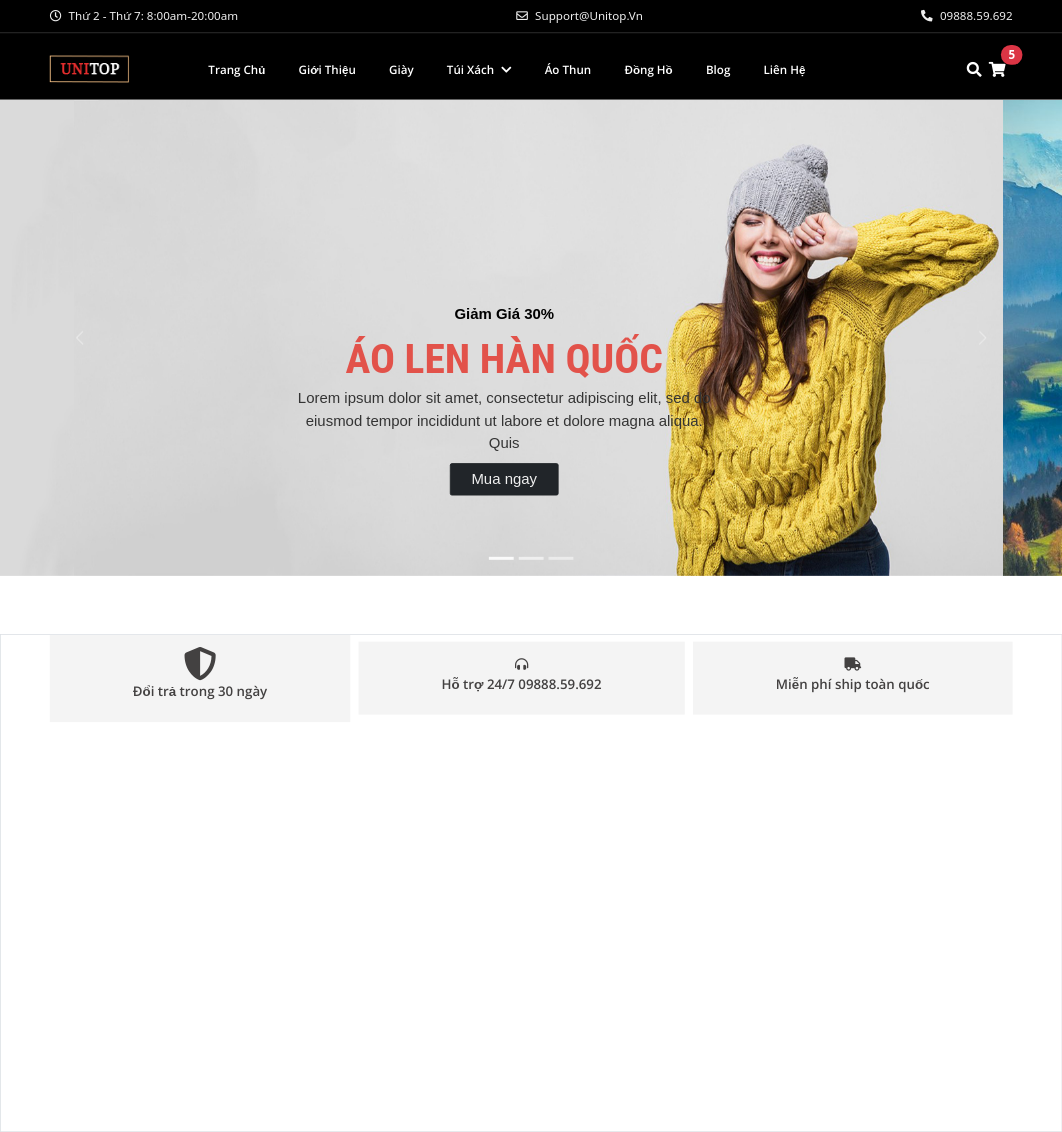
Repository: vinhtk0209/clothes-shop
Page: index.html
The author's editor kept a copy of each file at every save. The page is drawn from the files as they stood at one save, then again after the next save.
The browser window is 1280 px wide. The pictures show the whole page, at 83% of full size.

Above is the page before, as saved 2021-10-04 17:30:25.

### index.html
<!DOCTYPE html>
<html lang="en">
  <head>
    <meta charset="UTF-8" />
    <meta http-equiv="X-UA-Compatible" content="IE=edge" />
    <meta name="viewport" content="width=device-width, initial-scale=1.0" />
    <title>UNI-SHOP</title>
    <link rel="stylesheet" href="assets/css/reset.css" />
    <link rel="stylesheet" href="assets/fontawesome/css/all.css" />
    <link rel="stylesheet" href=" assets/boostrap/css/bootstrap.min.css" />
    <link rel="preconnect" href="https://fonts.googleapis.com" />
    <link rel="preconnect" href="https://fonts.gstatic.com" crossorigin />
    <link
      href="https://fonts.googleapis.com/css2?family=Open+Sans:wght@400;600;700&display=swap"
      rel="stylesheet"
    />
    <script src="assets/js/jquery.min.js"></script>
    <link rel="stylesheet" href="assets/css/main.css" />
  </head>
  <body>
    <div id="wrapper">
      <div id="header">

          <div class="header-info">
            <div class="container-1160">
            <ul
              class="
                list-info list-unstyled
                d-flex
                justify-content-between
                align-items-center
              "
            >
              <li>
                <p class="header-descr time-contact">
                  <span class="icon-time">
                    <!-- icon time -->
                    <i class="far fa-clock"></i>
                  </span>
                  <span class="descr-time ps-2 descr"
                    >thứ 2 - thứ 7: 8:00am-20:00am</span
                  >
                </p>
              </li>
              <li>
                <p class="header-descr email-contact">
                  <span class="icon-email">
                    <!-- icon email -->
                    <i class="far fa-envelope"></i>
                  </span>
                  <span class="descr-email ps-2 descr"> support@unitop.vn </span>
                </p>
              </li>
              <li>
                <p class="header-descr phone-number">
                  <span class="icon-phone">
                    <!-- icon phone -->
                    <i class="fas fa-phone-alt"></i>
                  </span>
                  <span class="descr-phone ps-2 descr"> 09888.59.692 </span>
                </p>
              </li>
            </ul>
          </div>
          </div>
          <!-- END HEADER-INFO -->
          <div
            class="header-menu d-flex align-items-center container-1160"

          >

            <div class="header-menu-logo mr-95">
              <a href="" class="logo-link">
                <img src="assets/images/logo.png" alt="logo" />
              </a>
            </div>
            <div class="header-menu-list ">
              <ul
                class="
                  list-menu
                  d-flex

                  align-items-center list-unstyled
                "
              >
                <li>
                  <a href="" class="list-name text-decoration-none">Trang chủ</a>
                </li>
                <li>
                  <a href="" class="list-name text-decoration-none">Giới thiệu</a>
                </li>
                <li>
                  <a href="" class="list-name text-decoration-none">Giày</a>
                </li>
                <li class="position-relative list-product">
                  <a href="" class="list-name text-decoration-none "
                    >Túi xách
                    <span class="icon-arrow-down ps-2">
                      <!-- icon arrow down -->
                      <i class="fas fa-chevron-down"></i>
                    </span></a
                  >

                  <ul class="sub-menu list-unstyled position-absolute  bg-submenu ">

                    <li>
                      <a href="" class="text-decoration-none color-submenu ">
                        túi xách tay nữ
                      </a>
                    </li>
                    <li>
                      <a href="" class="text-decoration-none  color-submenu">
                        túi đeo chéo nữ
                      </a>
                    </li>
                    <li>
                      <a href="" class="text-decoration-none color-submenu">
                        túi bản to
                      </a>
                    </li>
                    <li>
                      <a href="" class="text-decoration-none color-submenu">
                        túi đeo vai
                      </a>
                    </li>
                  </ul>
                </li>
                <li>
                  <a href="" class="list-name text-decoration-none">áo thun</a>
                </li>
                <li>
                  <a href="" class="list-name text-decoration-none">đồng hồ</a>
                </li>
                <li>
                  <a href="" class="list-name text-decoration-none">blog</a>
                </li>
                <li>
                  <a href="" class="list-name text-decoration-none">liên hệ</a>
                </li>
              </ul>
            </div>
            <!-- END MENU-LIST -->
            <div
              class="
                header-menu-function
                d-flex
                justify-content-between
                align-items-center
                ms-auto
              "
            >
              <div class="icon-search text-white ">
                <span class="search fs-18">
                  <!-- icon search -->
                  <span><i class="fas fa-search"></i></span>
                </span>
              </div>
              <div class="icon-cart">
                <a
                  href=""
                  class="btn text-white position-relative"
                >
                  <span class="fs-18">
                    <!-- icon cart  -->
                    <i class="fas fa-shopping-cart"></i>
                  </span>
                  <span
                    class="
                      position-absolute
                      top-0
                      start-100
                      translate-middle
                      badge
                      rounded-pill
                      bg-danger
                      fs-14
                    "
                  >
                    5
                  </span>
                </a>
              </div>
            </div>
          </div>
          <!-- END HEADER MENU -->
        </div>
      </div>
      <div id="slide" class="slide">
        <div id="carouselExampleIndicators" class="carousel slide" data-bs-ride="carousel">
          <div class="carousel-indicators">
            <button type="button" data-bs-target="#carouselExampleIndicators" data-bs-slide-to="0" class="active bg-btn-slide" aria-current="true" aria-label="Slide 1"></button>
            <button type="button" data-bs-target="#carouselExampleIndicators" data-bs-slide-to="1" aria-label="Slide 2 "
            class="bg-btn-slide"></button>
            <button type="button" data-bs-target="#carouselExampleIndicators" data-bs-slide-to="2" aria-label="Slide 3"
            class="bg-btn-slide"></button>
          </div>
          <div class="carousel-inner">
            <div class="carousel-item active">
              <img src="assets/images/slide-1.png" class="d-block w-100" alt="...">
            </div>
            <div class="carousel-item">
              <img src="assets/images/slide-2.jpg" class="d-block w-100" alt="...">
            </div>
            <div class="carousel-item">
              <img src="assets/images/slide-3.png" class="d-block w-100" alt="...">
            </div>
          </div>
          <button class="carousel-control-prev" type="button" data-bs-target="#carouselExampleIndicators" data-bs-slide="prev">
            <span class="carousel-control-prev-icon" aria-hidden="true"></span>
            <span class="visually-hidden">Previous</span>
          </button>
          <button class="carousel-control-next" type="button" data-bs-target="#carouselExampleIndicators" data-bs-slide="next">
            <span class="carousel-control-next-icon" aria-hidden="true"></span>
            <span class="visually-hidden">Next</span>
          </button>
        </div>
        <!-- CARD INFO -->
          <div class="card-img-overlay card-descr text-center">
            <p class="discount fs-18 fw-bold color-p-card-discount">Giảm Giá 30%</p>
            <h4 class="product-name fw-bold">
              ÁO LEN HÀN QUỐC
            </h4>
            <p class="descr fs-18 color-p-card-descr fw-regular   ">
              Lorem ipsum dolor sit amet, consectetur adipiscing elit, sed do eiusmod tempor incididunt ut labore et dolore magna aliqua. Quis
            </p>
            <button type="button" class="btn btn-dark btn-buynow fs-18 text-button fw-regular pd-btn">Mua ngay</button>
          </div>
      </div>
      <!-- END SLIDE -->
      <div id="special-offer " class="special-offer pd-bottom-75  border border-bottom" >
        <div class="container-1160 d-flex justify-content-between align-items-center text-center">
          <div class="return-time box-offer">
            <span class="icon-return-time d-block ">
              <!-- icon return  -->
              <i class="fas fa-shield-alt fs-40"></i>
            </span>
            <p class="special__offer--descr m-0 ">
              Đổi trả trong 30 ngày
            </p>
          </div>
          <!-- END RETURN TIME -->
          <div class="special__offer--support-phone box-offer">
            <span class="icon-return-time d-block ">
              <!-- icon headphone  -->
              <i class="fas fa-headphones-alt"></i>

            </span>
            <p class="special__offer--descr m-0 ">
              Hỗ trợ 24/7 09888.59.692
            </p>
          </div>
          <!-- END SUPPORT PHONE -->
          <div class="special__offer--freeship box-offer">
            <span class="icon-return-time d-block ">
              <!-- icon truck  -->
              <i class="fas fa-truck"></i>
            </span>
            <p class="special__offer--descr m-0 ">
              Miễn phí ship toàn quốc
            </p>
          </div>
          <!-- END FREESHIP -->
        </div>
      </div>
      <!-- END SPECIAL OFFER -->
      <!-- END HEADER -->
      <div id="content">

      </div>
      <!-- END CONTENT -->
      <div id="footer"></div>
      <!-- END FOOTER -->
    </div>
    <!-- END WRAPPER -->
    <script src="assets/js/bootstrap.bundle.min.js"></script>
    <script src="assets/js/popper.min.js"></script>
  </body>
</html>

### assets/css/reset.css
/*
 * Bootstrap Reboot v4.3.1 (https://getbootstrap.com/)
 * Copyright 2011-2019 The Bootstrap Authors
 * Copyright 2011-2019 Twitter, Inc.
 * Licensed under MIT (https://github.com/twbs/bootstrap/blob/master/LICENSE)
 * Forked from Normalize.css, licensed MIT (https://github.com/necolas/normalize.css/blob/master/LICENSE.md)
 */

*,
*::before,
*::after {
    box-sizing: border-box;
}

html {
    font-family: sans-serif;
    line-height: 1.15;
    -webkit-text-size-adjust: 100%;
    -webkit-tap-highlight-color: rgba(0, 0, 0, 0);
}

article,
aside,
figcaption,
figure,
footer,
header,
hgroup,
main,
nav,
section {
    display: block;
}

body {
    margin: 0;
    font-family: -apple-system, BlinkMacSystemFont, "Segoe UI", Roboto, "Helvetica Neue", Arial, "Noto Sans", sans-serif, "Apple Color Emoji", "Segoe UI Emoji", "Segoe UI Symbol", "Noto Color Emoji";
    font-size: 1rem;
    font-weight: 400;
    line-height: 1.5;
    color: #212529;
    text-align: left;
    background-color: #fff;
}

[tabindex="-1"]:focus {
    outline: 0 !important;
}

hr {
    box-sizing: content-box;
    height: 0;
    overflow: visible;
}

h1,
h2,
h3,
h4,
h5,
h6 {
    margin-top: 0;
    margin-bottom: 0.5rem;
}

p {
    margin-top: 0;
    margin-bottom: 1rem;
}

abbr[title],
abbr[data-original-title] {
    text-decoration: underline;
    -webkit-text-decoration: underline dotted;
    text-decoration: underline dotted;
    cursor: help;
    border-bottom: 0;
    -webkit-text-decoration-skip-ink: none;
    text-decoration-skip-ink: none;
}

address {
    margin-bottom: 1rem;
    font-style: normal;
    line-height: inherit;
}

ol,
ul,
dl {
    margin-top: 0;
    margin-bottom: 1rem;
}

ol ol,
ul ul,
ol ul,
ul ol {
    margin-bottom: 0;
}

dt {
    font-weight: 700;
}

dd {
    margin-bottom: .5rem;
    margin-left: 0;
}

blockquote {
    margin: 0 0 1rem;
}

b,
strong {
    font-weight: bolder;
}

small {
    font-size: 80%;
}

sub,
sup {
    position: relative;
    font-size: 75%;
    line-height: 0;
    vertical-align: baseline;
}

sub {
    bottom: -.25em;
}

sup {
    top: -.5em;
}

a {
    color: #007bff;
    text-decoration: none;
    background-color: transparent;
}

a:hover {
    color: #0056b3;
    text-decoration: underline;
}

a:not([href]):not([tabindex]) {
    color: inherit;
    text-decoration: none;
}

a:not([href]):not([tabindex]):hover,
a:not([href]):not([tabindex]):focus {
    color: inherit;
    text-decoration: none;
}

a:not([href]):not([tabindex]):focus {
    outline: 0;
}

pre,
code,
kbd,
samp {
    font-family: SFMono-Regular, Menlo, Monaco, Consolas, "Liberation Mono", "Courier New", monospace;
    font-size: 1em;
}

pre {
    margin-top: 0;
    margin-bottom: 1rem;
    overflow: auto;
}

figure {
    margin: 0 0 1rem;
}

img {
    vertical-align: middle;
    border-style: none;
}

svg {
    overflow: hidden;
    vertical-align: middle;
}

table {
    border-collapse: collapse;
}

caption {
    padding-top: 0.75rem;
    padding-bottom: 0.75rem;
    color: #6c757d;
    text-align: left;
    caption-side: bottom;
}

th {
    text-align: inherit;
}

label {
    display: inline-block;
    margin-bottom: 0.5rem;
}

button {
    border-radius: 0;
}

button:focus {
    outline: 1px dotted;
    outline: 5px auto -webkit-focus-ring-color;
}

input,
button,
select,
optgroup,
textarea {
    margin: 0;
    font-family: inherit;
    font-size: inherit;
    line-height: inherit;
}

button,
input {
    overflow: visible;
}

button,
select {
    text-transform: none;
}

select {
    word-wrap: normal;
}

button,
[type="button"],
[type="reset"],
[type="submit"] {
    -webkit-appearance: button;
}

button:not(:disabled),
[type="button"]:not(:disabled),
[type="reset"]:not(:disabled),
[type="submit"]:not(:disabled) {
    cursor: pointer;
}

button::-moz-focus-inner,
[type="button"]::-moz-focus-inner,
[type="reset"]::-moz-focus-inner,
[type="submit"]::-moz-focus-inner {
    padding: 0;
    border-style: none;
}

input[type="radio"],
input[type="checkbox"] {
    box-sizing: border-box;
    padding: 0;
}

input[type="date"],
input[type="time"],
input[type="datetime-local"],
input[type="month"] {
    -webkit-appearance: listbox;
}

textarea {
    overflow: auto;
    resize: vertical;
}

fieldset {
    min-width: 0;
    padding: 0;
    margin: 0;
    border: 0;
}

legend {
    display: block;
    width: 100%;
    max-width: 100%;
    padding: 0;
    margin-bottom: .5rem;
    font-size: 1.5rem;
    line-height: inherit;
    color: inherit;
    white-space: normal;
}

progress {
    vertical-align: baseline;
}

[type="number"]::-webkit-inner-spin-button,
[type="number"]::-webkit-outer-spin-button {
    height: auto;
}

[type="search"] {
    outline-offset: -2px;
    -webkit-appearance: none;
}

[type="search"]::-webkit-search-decoration {
    -webkit-appearance: none;
}

::-webkit-file-upload-button {
    font: inherit;
    -webkit-appearance: button;
}

output {
    display: inline-block;
}

summary {
    display: list-item;
    cursor: pointer;
}

template {
    display: none;
}

[hidden] {
    display: none !important;
}


/*# sourceMappingURL=bootstrap-reboot.css.map */

### assets/css/main.css
* {
    margin: 0;
    padding: 0;
    box-sizing: inherit;
}
html{
    font-family: 'Open Sans', sans-serif;
    font-size: 62.5%;
    line-height: 1.5;
    box-sizing: border-box;
}
.container-1160 {
    width: 1160px;
    margin:0px auto;
}
ul{
    margin: 0;
    padding: 0;
}
.mr-95{
    margin-right:95px;
}
.outline-none{
    outline: none!important;
}
.fs-14{
    font-size: 14px;
}
.fs-18{
    font-size: 18px;
}
.fs-40{
    font-size: 40px;
}
.bg-submenu{
    background-color: #f9f9f9;
}
.color-submenu{
    color: #5c5b5b ;
}
.color-p-card-discount{
    color:#000000;
}
.color-p-card-descr{
    color:#343434;
}
.text-button{
    color:#efefef;
}
.fw-regular{
    font-weight: 400;
}
.pd-btn{
    padding:5px 25px;
}
.pd-bottom-75{
    padding-bottom: 75px;
}
.bg-btn-slide:hover{
    background-color: #e2524a!important ;
}
.fw-semibold{
    font-weight: 600;
}

/* =========================== HEADER ===========================*/
#header {
    min-height: 120px;
    background-color: #000000;
    padding: 8px 0px 0px 0px;
    text-transform: capitalize;
}
.header-info{

    color:#eeeeee;
    font-weight: 400 ;
    font-size: 1.4rem;
    border-bottom:1px solid #363636;
    margin-bottom: 25px;
}

.header-menu-list ul.list-menu > li + li{
    padding-left:40px;

}
.header-menu-list ul li a.list-name{
    font-size: 1.4rem;
    color:#ffffff;
    font-weight:600 ;
    font-family: 'Open Sans', sans-serif;
    transition: all 0.5s ease-in-out;
}
.header-menu-list ul li a.list-name:hover{
    color:#e2524a ;
}
ul.list-menu li:hover>ul.sub-menu{
    opacity: 1;
    visibility: visible;
    z-index: 9999;
}
ul.sub-menu {
   /* padding:0px; */
   min-width: 200px;
   min-height: 133px;
   padding:18px 0 20px 0;
   box-sizing: border-box;
   top:50px;
   opacity: 0;
   visibility: hidden;
   transition: all 0.5s ease-in-out;

}

ul.sub-menu li{
    padding-left:25px;
    /* chinh lai padding  */
}
ul.sub-menu li a{
    font-family: 'Roboto Condensed', sans-serif;
    display: block;
    font-weight: 400;
    font-size: 1.4rem;
    margin-bottom: 10px;
    transition: all 0.5s ease-in-out;
}

ul.sub-menu li a:hover{
    color:#e2524a ;
}

/* ======================= END HEADER =======================*/

/* ======================= SLIDER =======================*/
.slide{
    /* height:700px; */
    position: relative;
    margin-bottom: 70px;
}
.card-descr{
    position: absolute;
    top:235px;
    left:340px;
    max-width:535px;
    min-height:285px;
    font-family: "Myriad Pro", sans-serif;
}

.card-descr h4.product-name{
    font-size: 5rem;
    font-family: 'Roboto Condensed', sans-serif;
    color:#e2524a;
}
/* ======================= END SLIDER =======================*/

/* ======================= SPECIAL OFFER =======================*/
.special-offer{
    height:600px;

}
.box-offer{
    background-color: #f4f4f4;
    padding:  15px  100px  25px  ;
    font-size: 1.6rem;
    color:#434141;
    font-weight: 600;
    font-family: 'Open Sans', sans-serif;
}
.box-offer:hover{
    color:#e2524a;

}

Loaded but not shown: assets/fontawesome/css/all.css (library); assets/boostrap/css/bootstrap.min.css (library); assets/js/jquery.min.js (library); assets/js/bootstrap.bundle.min.js (library); assets/js/popper.min.js (library)

After the next save:
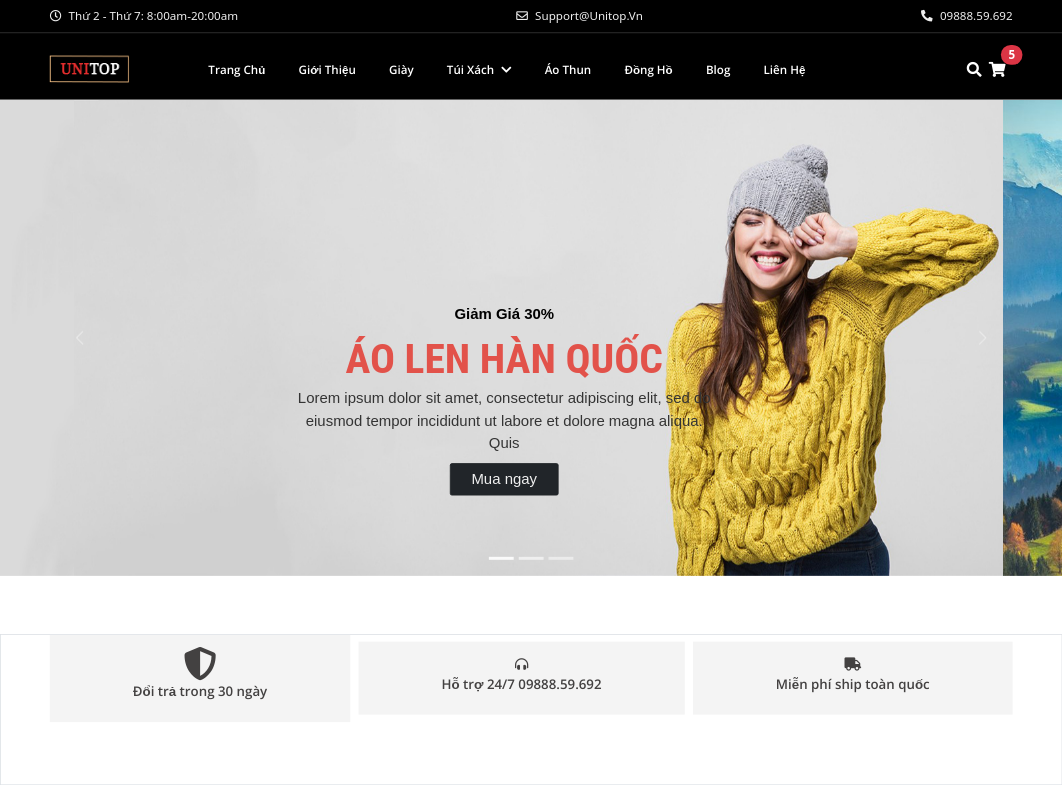
Saved 17 s later.
--- a/assets/css/main.css
+++ b/assets/css/main.css
@@ -154,7 +154,7 @@ ul.sub-menu li a:hover{
 
 /* ======================= SPECIAL OFFER =======================*/
 .special-offer{
-    height:600px;
+    /* height:600px; */
 
 }
 .box-offer{
